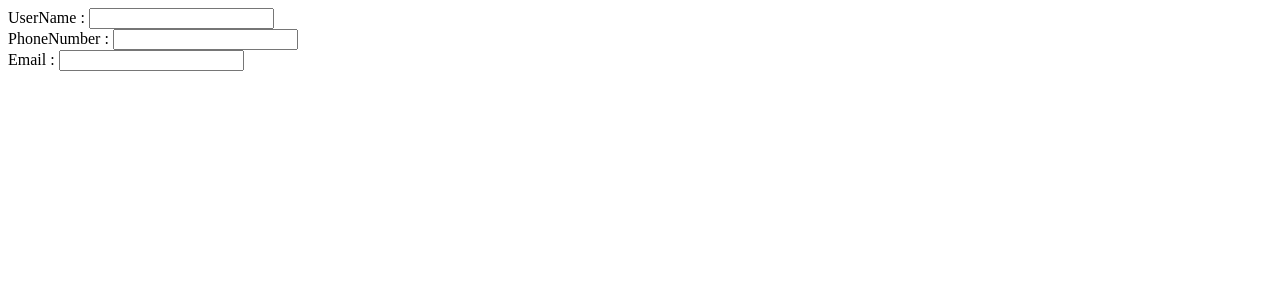
Repository: manikantakuchipudi/streamvedio
Page: http://localhost/CostEstimator/jsp/checkoutpage.jsp
These files come from the project's save history. The page is drawn as it stood at one moment and after a run of saves; the edit follows.
The browser window is 1280 px wide. The pictures show the whole page.
The page is served by Tomcat 9.

Above is the page before, as saved 2014-08-10 10:05:29.

After the next 2 saves:
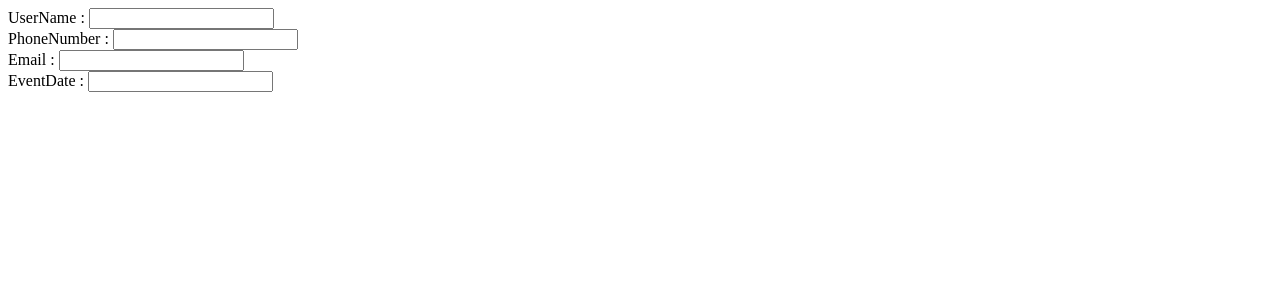
The 2 saves are shown as one change because they came seconds apart.
The last was saved 20 s later.
--- a/CostEstimator/WebContent/jsp/checkoutpage.jsp
+++ b/CostEstimator/WebContent/jsp/checkoutpage.jsp
@@ -31,6 +31,12 @@
 </div>
 
 
+<div>
+<span> EventDate :</span>
+<input type ="text">
+</div>
+
+
 
 
 </form>
